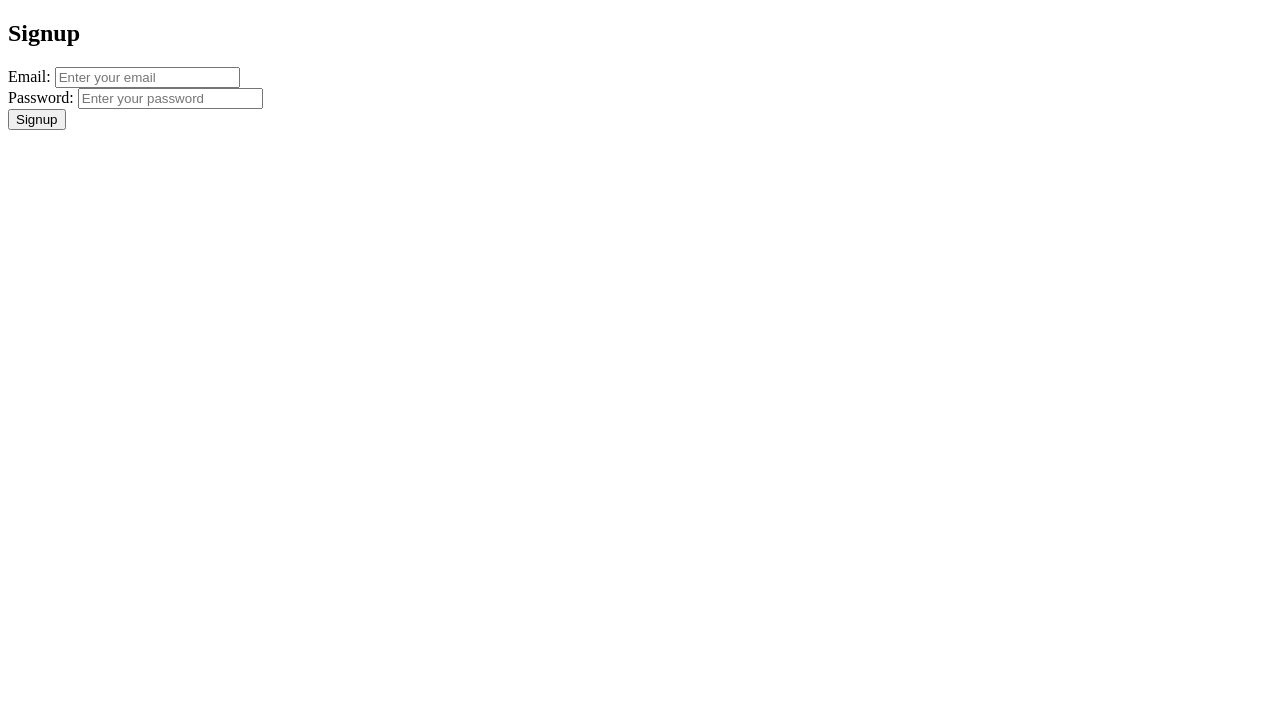
Repository: Sundaram-2001/hashnode-project
Page: /signup
An editor plug-in stored every save of this project. The page is shown before and after the next save, followed by the edit.
The browser window is 1280 px wide. The pictures show the whole page.
The project was rebuilt for these pictures with package versions that can differ from the ones it lists, and the page was loaded fresh each time. The framework's server and built-in components were replaced by stand-ins that run in the browser. Also part of the build but not shown: svelte.config.js, vite.config.js.

Above is the page before, as saved 2024-09-01 18:27:43.

After the next save:
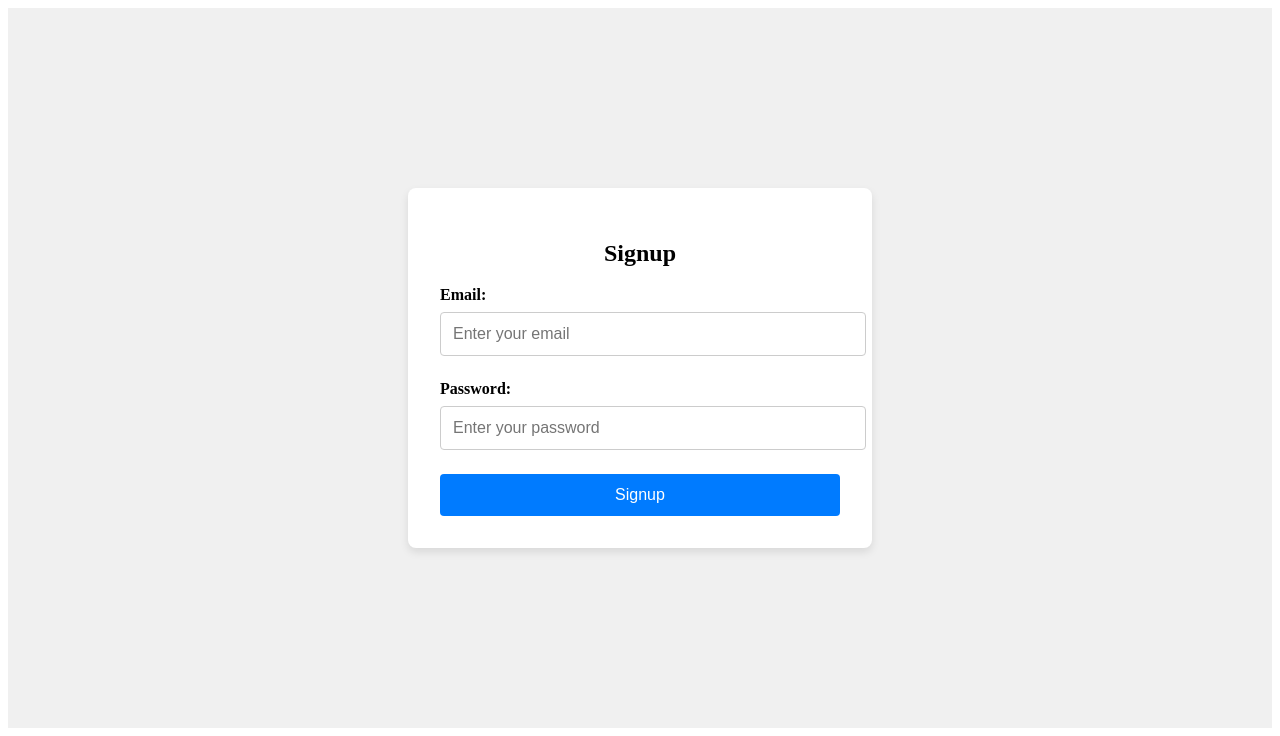
Saved 48 s later.
--- a/src/routes/signup/+page.svelte
+++ b/src/routes/signup/+page.svelte
@@ -57,4 +57,55 @@
 </main>
 
 <style>
+  main {
+    display: flex;
+    align-items: center;
+    justify-content: center;
+    height: 100vh;
+    background-color: #f0f0f0;
+  }
+
+  .card {
+    background: white;
+    padding: 2rem;
+    border-radius: 8px;
+    box-shadow: 0 4px 8px rgba(0, 0, 0, 0.1);
+    width: 100%;
+    max-width: 400px;
+    text-align: center;
+  }
+
+  .form-group {
+    margin-bottom: 1.5rem;
+    text-align: left;
+  }
+
+  label {
+    display: block;
+    margin-bottom: 0.5rem;
+    font-weight: bold;
+  }
+
+  input {
+    width: 100%;
+    padding: 0.75rem;
+    font-size: 1rem;
+    border-radius: 4px;
+    border: 1px solid #ccc;
+  }
+
+  button {
+    width: 100%;
+    padding: 0.75rem;
+    font-size: 1rem;
+    cursor: pointer;
+    background-color: #007bff;
+    color: white;
+    border: none;
+    border-radius: 4px;
+  }
+
+  button:hover {
+    background-color: #0056b3;
+  }
 </style>
